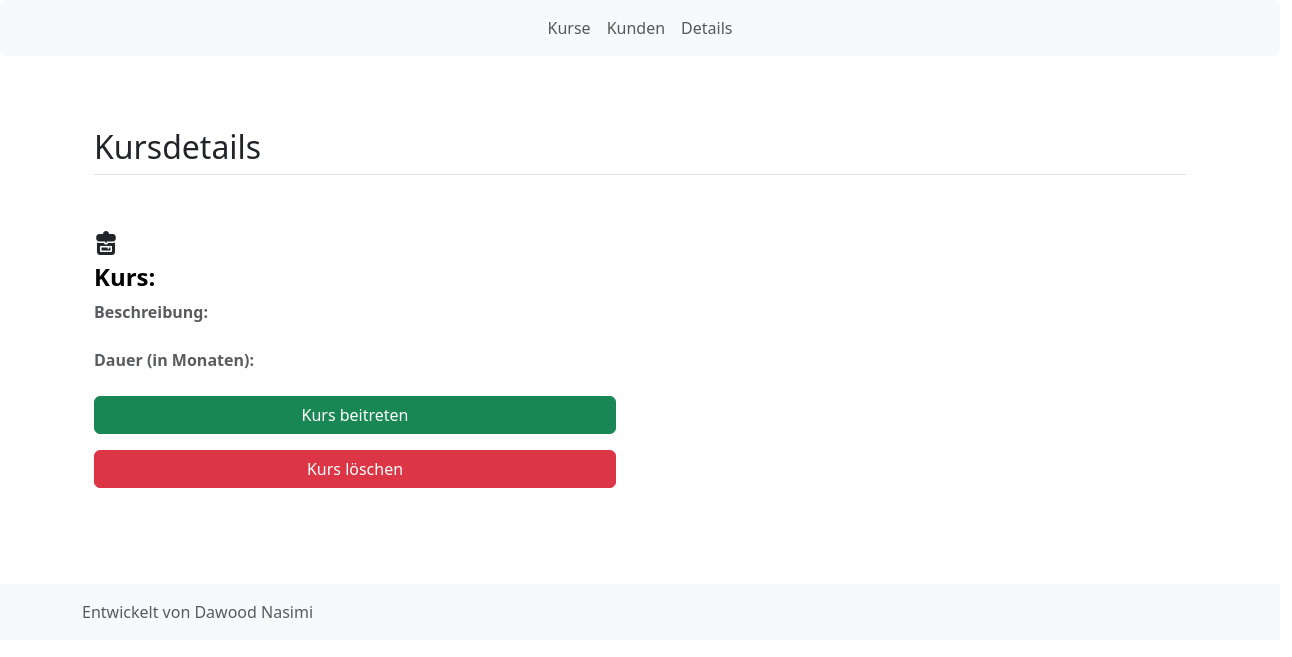
Repository: Dawoodnasimi/kurse
Page: templates/kurse/show.html.twig
These files come from the project's save history. The page is drawn as it stood at one moment and after the next save; the edit follows.
The browser window is 1280 px wide. The page is 1280 px wide, then 1292 px, so the pictures cover 1292 px, including what lies to the right of the window. The pictures show the whole page.
The page is a Twig template of a Symfony application; nobody is signed in and links lead nowhere. The template is opened directly, without the code that normally fills it, so the values that code supplies are empty.

Above is the page before, as saved 2023-10-29 12:41:52.

After the next save:
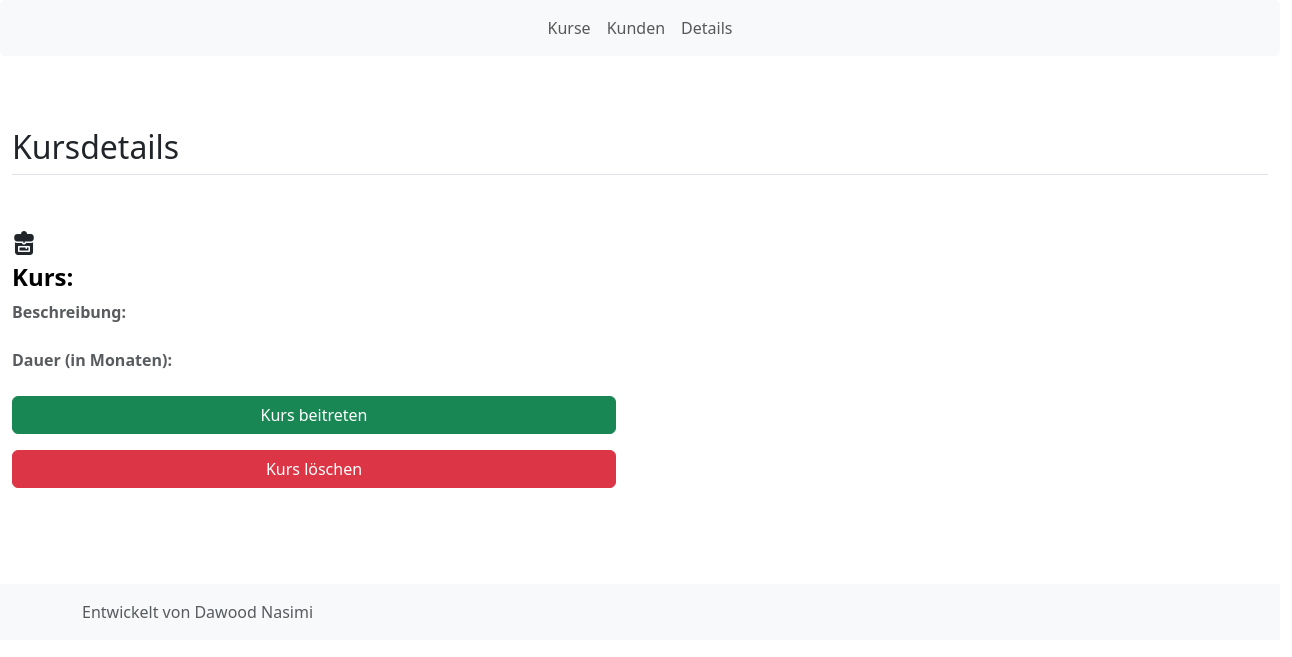
Saved 18 s later.
--- a/templates/kurse/show.html.twig
+++ b/templates/kurse/show.html.twig
@@ -5,7 +5,7 @@ Kurse
 {% endblock %}
 
 {% block body %}
-	<div class="container px-4 py-5">
+	<div class="container-fluid py-5">
 		<h2 class="pb-2 border-bottom">Kursdetails</h2>
 
 		<div class="row row-cols-1 row-cols-md-2 align-items-md-center g-5 py-5">
